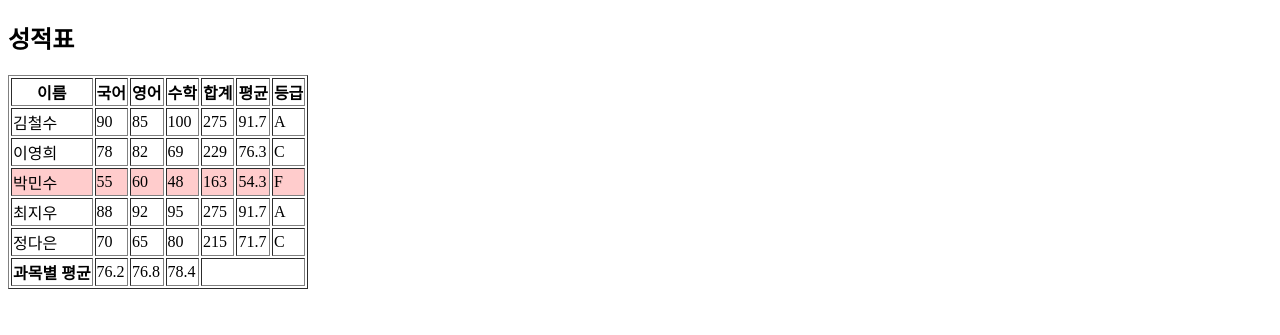
Repository: ohseung-web/OTjsp2026
Page: http://localhost/chapter/example_score.jsp
An editor plug-in stored every save of this project. The page is shown before and after the next save, followed by the edit.
The browser window is 1280 px wide. The pictures show the whole page.
The page is served by Tomcat 9.

Above is the page before, as saved 2026-10-15 20:13:46.

After the next save:
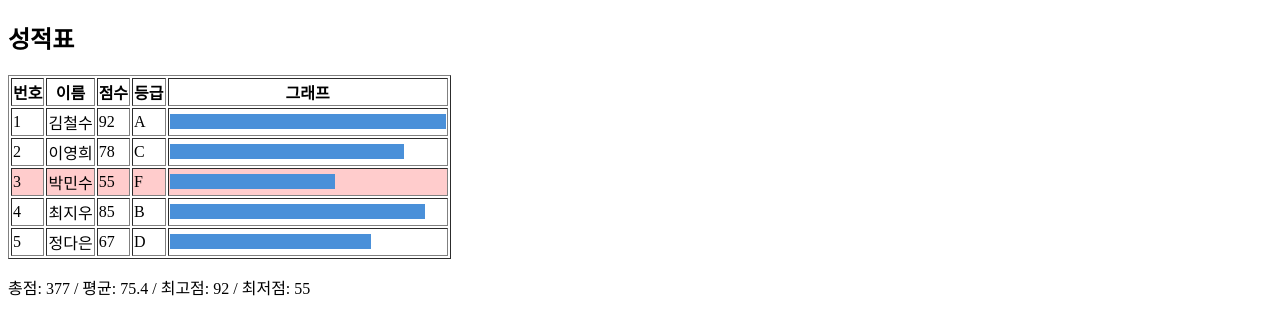
Saved 9 min 6 s later.
--- a/chapter/src/main/webapp/example_score.jsp
+++ b/chapter/src/main/webapp/example_score.jsp
@@ -7,53 +7,47 @@
 <title>Insert title here</title>
 </head>
 <body>
-<%!
-    public String getGrade(double avg) {
-        if (avg >= 90)      return "A";
-        else if (avg >= 80) return "B";
-        else if (avg >= 70) return "C";
-        else                return "F";
+	<%!
+    public String getGrade(int score) {
+        if (score >= 90)      return "A";
+        else if (score >= 80) return "B";
+        else if (score >= 70) return "C";
+        else if (score >= 60) return "D";
+        else                  return "F";
     }
-%>
-<%
-    String[] names = {"김철수", "이영희", "박민수", "최지우", "정다은"};
-    int[][] scores = {
-        {90, 85, 100}, {78, 82, 69}, {55, 60, 48}, {88, 92, 95}, {70, 65, 80}
-    };
-    int[] subjectSum = new int[3];
-%>
-<h2>성적표</h2>
+	%>
+	<%
+	    String[] names = {"김철수", "이영희", "박민수", "최지우", "정다은"};
+	    int[] scores = {92, 78, 55, 85, 67};
+
+	    int total = 0;
+	    int max = scores[0];
+	    int min = scores[0];
+	%>
+
+	<h2>성적표</h2>
 <table border="1">
     <tr>
-        <th>이름</th><th>국어</th><th>영어</th><th>수학</th>
-        <th>합계</th><th>평균</th><th>등급</th>
+        <th>번호</th><th>이름</th><th>점수</th><th>등급</th><th>그래프</th>
     </tr>
     <%
     for (int i = 0; i < names.length; i++) {
-        int sum = 0;
-        for (int j = 0; j < 3; j++) {
-            sum += scores[i][j];
-            subjectSum[j] += scores[i][j];
-        }
-        double avg = sum / 3.0;
+        total += scores[i];
+        if (scores[i] > max) max = scores[i];
+        if (scores[i] < min) min = scores[i];
     %>
-    <tr style="background-color:<%= (avg < 60) ? "#ffcccc" : "#ffffff" %>">
+    <tr style="background-color:<%= (scores[i] < 60) ? "#ffcccc" : "#ffffff" %>">
+        <td><%= i + 1 %></td>
         <td><%= names[i] %></td>
-        <td><%= scores[i][0] %></td>
-        <td><%= scores[i][1] %></td>
-        <td><%= scores[i][2] %></td>
-        <td><%= sum %></td>
-        <td><%= String.format("%.1f", avg) %></td>
-        <td><%= getGrade(avg) %></td>
+        <td><%= scores[i] %></td>
+        <td><%= getGrade(scores[i]) %></td>
+        <td>
+            <div style="width:<%= scores[i] * 3 %>px; height:15px; background-color:#4a90d9;"></div>
+        </td>
     </tr>
     <% } %>
-    <tr>
-        <th>과목별 평균</th>
-        <% for (int j = 0; j < 3; j++) { %>
-        <td><%= String.format("%.1f", subjectSum[j] / (double) names.length) %></td>
-        <% } %>
-        <td colspan="3"></td>
-    </tr>
-</table>
+	</table>
+	<p>총점: <%= total %> / 평균: <%= String.format("%.1f", total / (double) scores.length) %>
+	   / 최고점: <%= max %> / 최저점: <%= min %></p>
 </body>
 </html>
